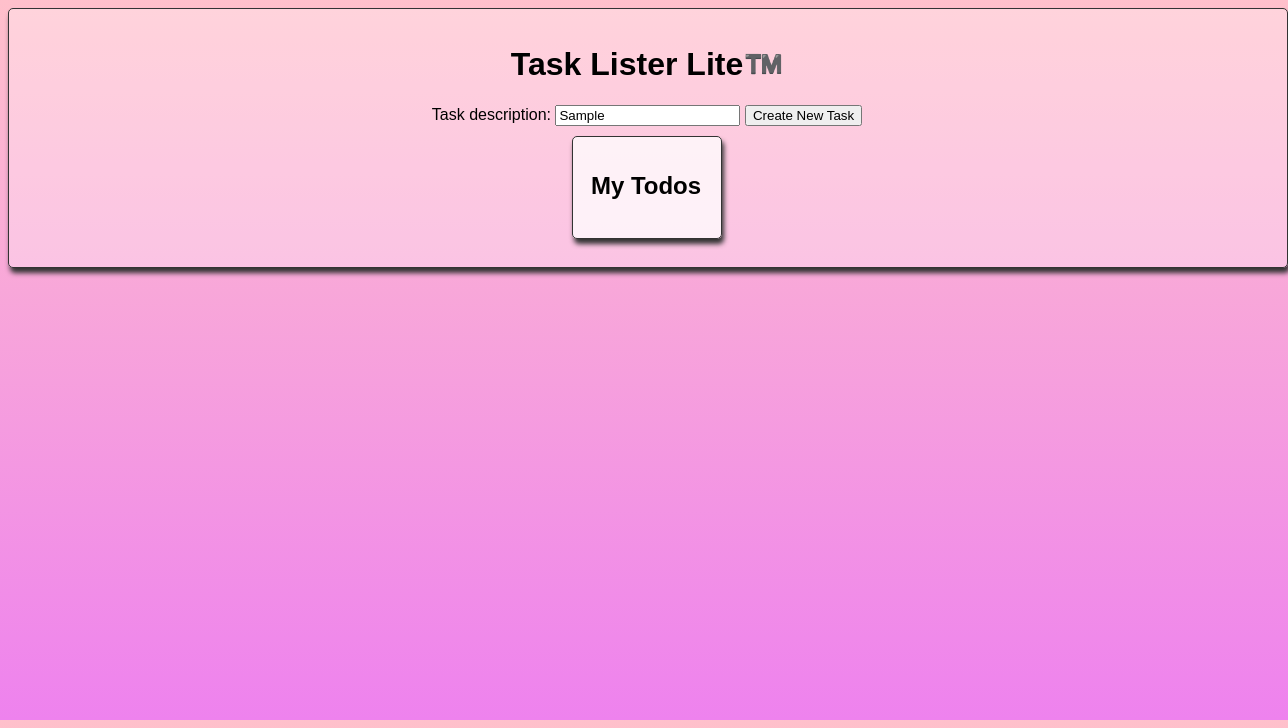
Repository: learn-co-students/jsdom-task-lister-lite-onl01-seng-pt-012120
Page: index.html
An editor plug-in stored every save of this project. The page is shown before and after the next save, followed by the edit.
The browser window is 1280 px wide. The page is 1288 px wide, so the pictures cover 1288 px, including what lies to the right of the window. The pictures show the whole page.
Empty fields were first filled with sample values (such as "Sample", 5 or name@example.com).
After loading, the first visible `#create-task-form` was submitted once.

Above is the page before, as saved 2020-07-28 10:33:52.

After the next save:
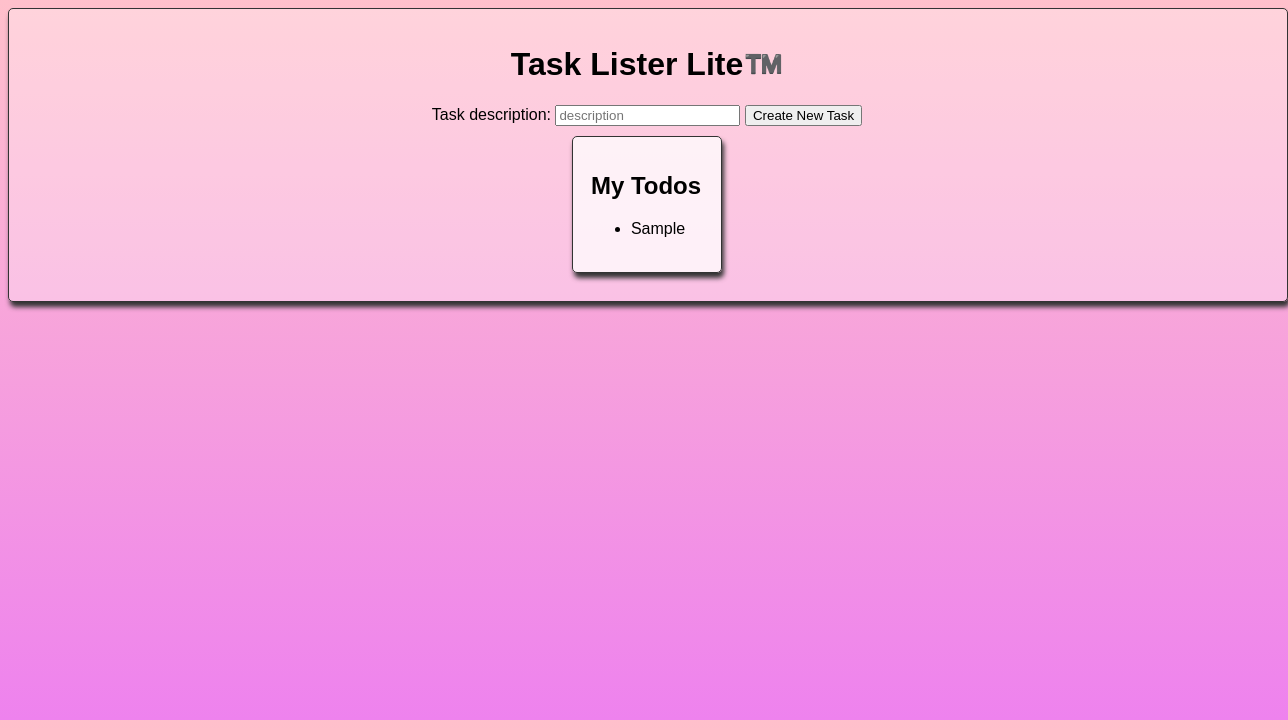
Saved 75 s later.
--- a/src/index.js
+++ b/src/index.js
@@ -9,8 +9,8 @@ document.addEventListener("DOMContentLoaded", () => {
     event.preventDefault();
     let t = document.querySelector('#new-task-description');
     debugger;
-    addToDoTask(t.innerText);
-    t.innerText = "";
+    addToDoTask(t.value);
+    t.value = "";
   });
 
 
